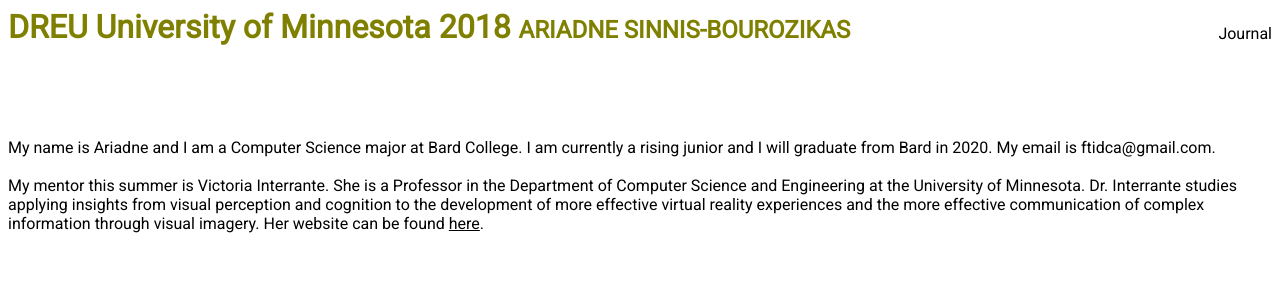
Repository: ariadnesb/dreu2018
Page: index.html
The author's editor kept a record of every edit. The page is drawn from the files as they stood at one moment, then again after the next edit.
The browser window is 1280 px wide. The pictures show the whole page.

Above is the page before.

After the next edit:
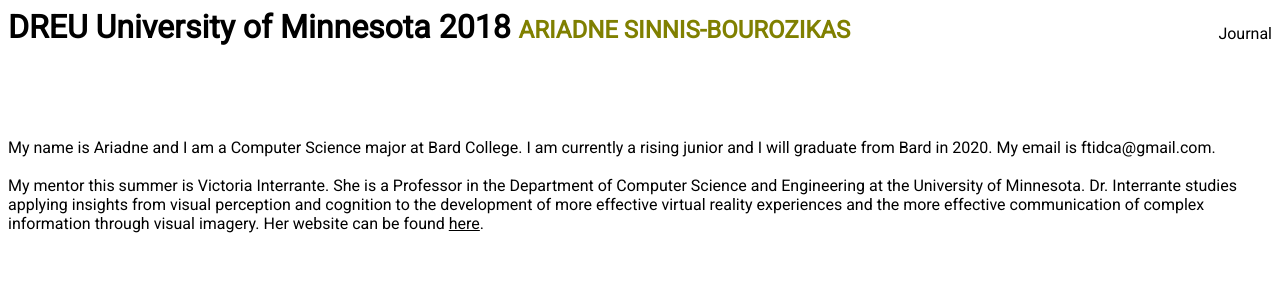
The edit:
--- a/styles.css
+++ b/styles.css
@@ -23,7 +23,6 @@
 
 #header h1 {
     display: inline;
-    color: olive;
 }
 
 #header h2 {
